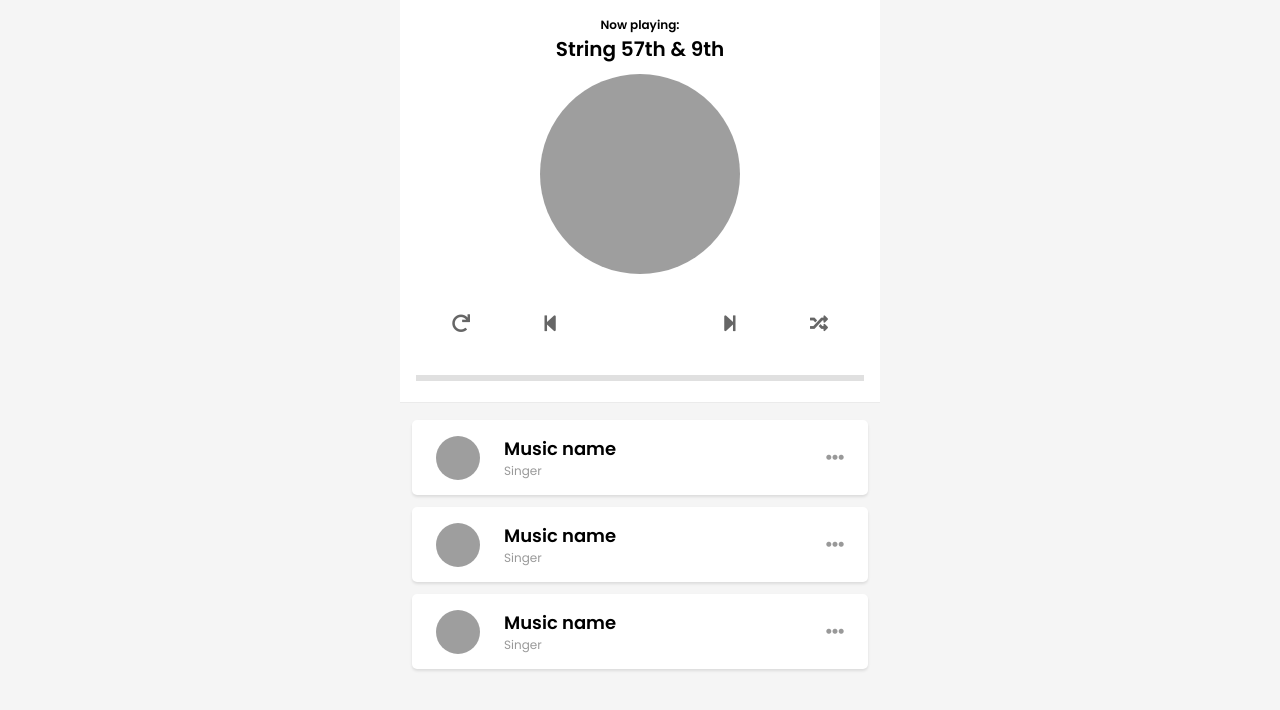
Repository: KienCao2000/demo-music
Page: index.html
An editor plug-in stored every save of this project. The page is shown before and after the next save, followed by the edit.
The browser window is 1280 px wide. The pictures show the whole page.
Pictures or frames that could not be fetched are drawn as grey boxes.

Above is the page before, as saved 2022-02-24 14:58:02.

After the next save:
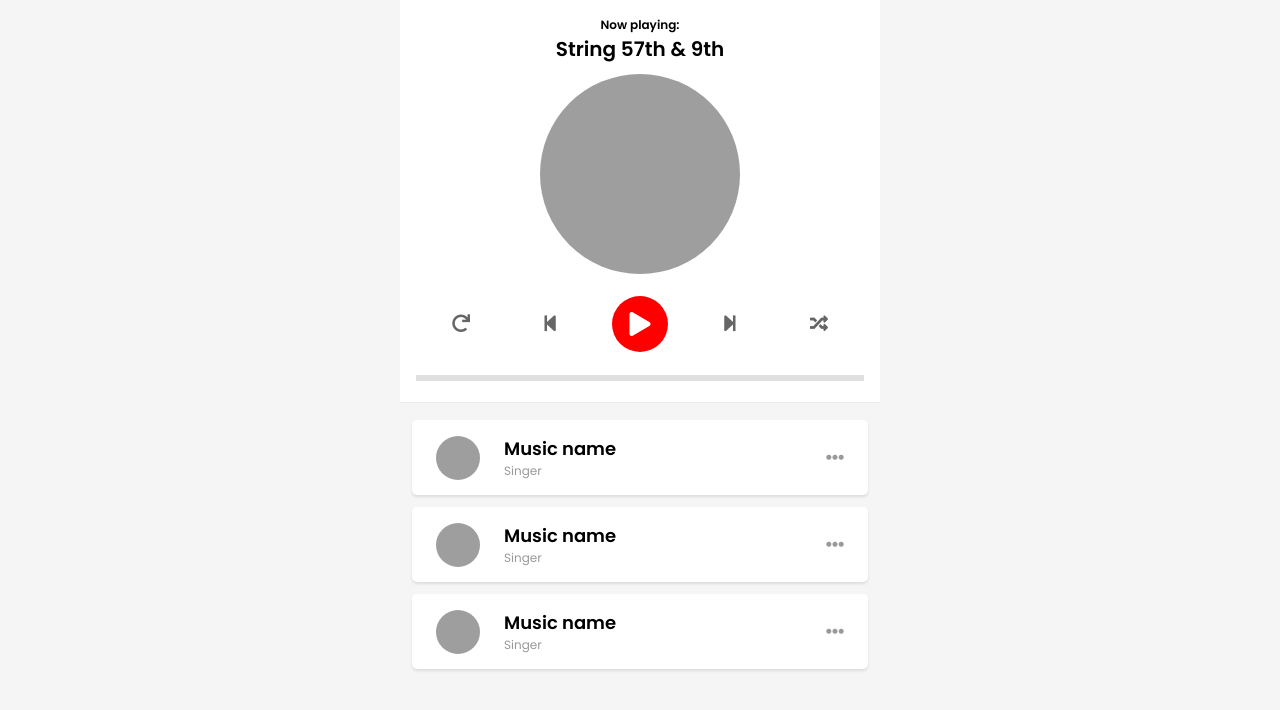
Saved 28 s later.
--- a/style.css
+++ b/style.css
@@ -104,7 +104,7 @@
     display: flex;
     align-items: center;
     justify-content: center;
-    background-color: var(--primary-color);
+    background-color: red;
 }
 
 .progress {

After the save that followed:
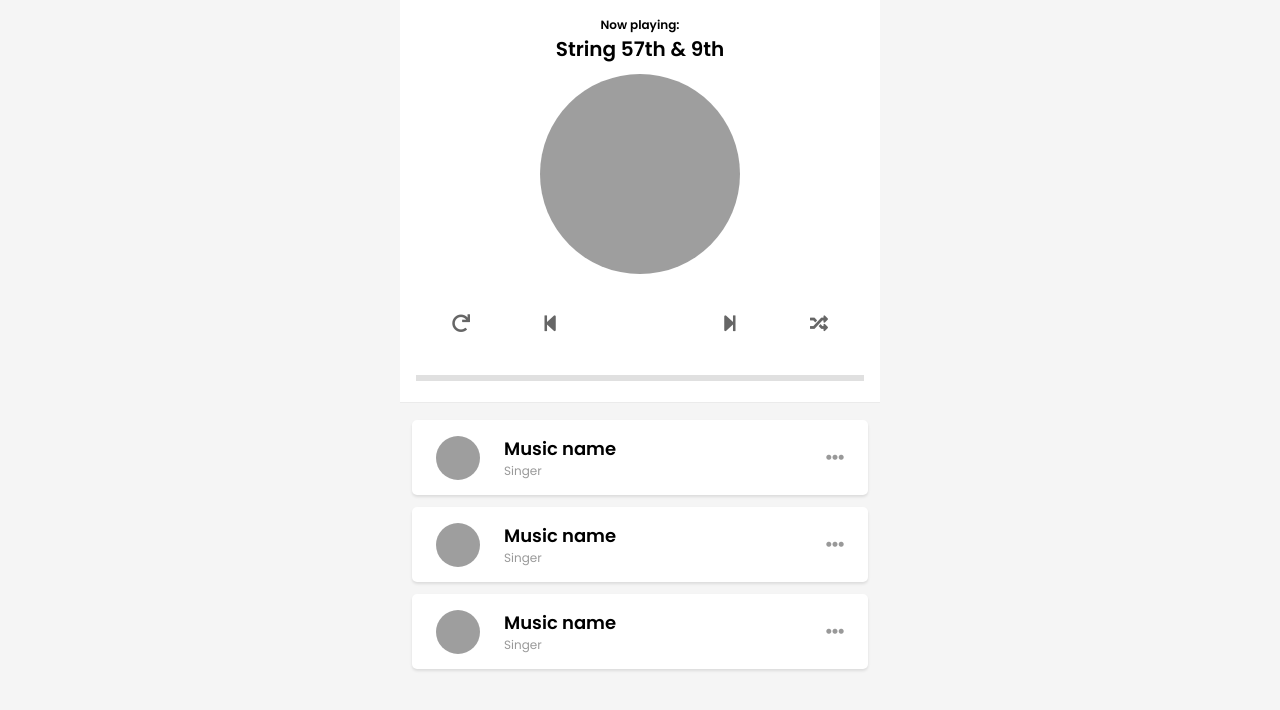
Saved 41 s later.
--- a/style.css
+++ b/style.css
@@ -104,7 +104,7 @@
     display: flex;
     align-items: center;
     justify-content: center;
-    background-color: red;
+    background-color: var(--primary-color);
 }
 
 .progress {
@@ -165,7 +165,7 @@
     margin: 0 8px;
 }
 
-  .song .body {
+.song .body {
     flex: 1;
     padding: 0 16px;
 }
